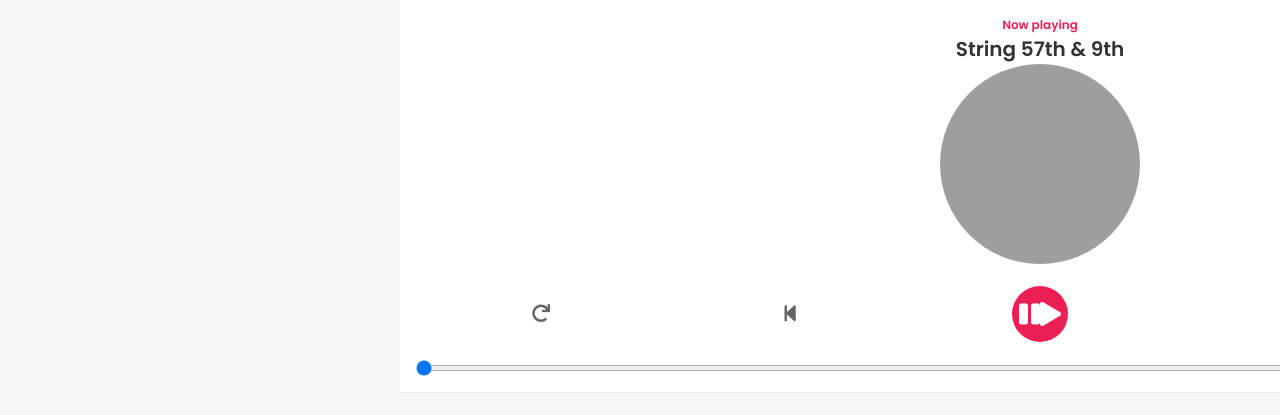
Repository: NBlue/Music_Player
Page: index.html
The author's editor kept a copy of each file at every save. The page is drawn from the files as they stood at one save, then again after the next save.
The browser window is 1280 px wide. The pictures show the whole page.
Pictures or frames that could not be fetched are drawn as grey boxes.

Above is the page before, as saved 2021-10-12 22:07:01.

### index.html
<!DOCTYPE html>
<html lang="en">
    <head>
        <meta charset="UTF-8" />
        <meta http-equiv="X-UA-Compatible" content="IE=edge" />
        <meta name="viewport" content="width=device-width, initial-scale=1.0" />
        <title>Music player</title>
        <link
            rel="stylesheet"
            href="https://cdnjs.cloudflare.com/ajax/libs/font-awesome/5.15.2/css/all.min.css"
            integrity="sha512-HK5fgLBL+xu6dm/Ii3z4xhlSUyZgTT9tuc/hSrtw6uzJOvgRr2a9jyxxT1ely+B+xFAmJKVSTbpM/CuL7qxO8w=="
            crossorigin="anonymous"
        />
        <link rel="preconnect" href="https://fonts.gstatic.com" />
        <link
            href="https://fonts.googleapis.com/css2?family=Poppins:wght@300;400;600&display=swap"
            rel="stylesheet"
        />

        <link rel="stylesheet" href="./assets/css/style.css" />
    </head>
    <body>
        <div class="player">
            <!-- Dashboard - Bảng điều khiển -->
            <div class="dashboard">
                <!-- Header -->
                <header>
                    <h4>Now playing</h4>
                    <h2>String 57th & 9th</h2>
                </header>

                <!-- CD -->
                <div class="cd">
                    <div
                        class="cd-thumb"
                        style="
                            background-image: url(https://i.ytimg.com/vi/jTLhQf5KJSc/maxresdefault.jpg);
                        "
                    ></div>
                </div>

                <!-- Control -->
                <div class="control">
                    <div class="btn btn-repeat">
                        <i class="fas fa-redo"></i>
                    </div>
                    <div class="btn btn-prev">
                        <i class="fas fa-step-backward"></i>
                    </div>
                    <div class="btn btn-toggle-play">
                        <i class="fas fa-pause icon-pause"></i>
                        <i class="fas fa-play icon-play"></i>
                    </div>
                    <div class="btn btn-next">
                        <i class="fas fa-step-forward"></i>
                    </div>
                    <div class="btn btn-random">
                        <i class="fas fa-random"></i>
                    </div>
                </div>

                <input
                    type="range"
                    id="progress"
                    class="progress"
                    value="0"
                    step="1"
                    min="0"
                    max="100"
                />

                <audio src="" id="audio"></audio>
            </div>

            <!-- Playlist -->
            <div class="playlist">
                <div class="song">
                    <div
                        class="thumb"
                        style="
                            background-image: url(https://i.ytimg.com/vi/jTLhQf5KJSc/maxresdefault.jpg);
                        "
                    ></div>
                    <div class="body">
                        <h3 class="title">Music name</h3>
                        <p class="author">Singer</p>
                    </div>
                    <div class="option">
                        <i class="fas fa-ellipsis-h"></i>
                    </div>
                </div>
                <div class="song">
                    <div
                        class="thumb"
                        style="
                            background-image: url(https://i.ytimg.com/vi/jTLhQf5KJSc/maxresdefault.jpg);
                        "
                    ></div>
                    <div class="body">
                        <h3 class="title">Music name</h3>
                        <p class="author">Singer</p>
                    </div>
                    <div class="option">
                        <i class="fas fa-ellipsis-h"></i>
                    </div>
                </div>
                <div class="song">
                    <div
                        class="thumb"
                        style="
                            background-image: url(https://i.ytimg.com/vi/jTLhQf5KJSc/maxresdefault.jpg);
                        "
                    ></div>
                    <div class="body">
                        <h3 class="title">Music name</h3>
                        <p class="author">Singer</p>
                    </div>
                    <div class="option">
                        <i class="fas fa-ellipsis-h"></i>
                    </div>
                </div>
            </div>
        </div>
    </body>
</html>

### assets/css/style.css
:root {
    --primary-color: #ec1f55;
    --text-color: #333;
}

* {
    padding: 0;
    margin: 0;
    box-sizing: inherit;
}

body {
    background-color: #f5f5f5;
}

html {
    box-sizing: border-box;
    font-family: "Poppins", sans-serif;
}

.player {
    position: relative;
    max-width: 480px;
    margin: 0 auto;
}

.player .icon-pause {
    display: inline-block;
}

.player.playing .icon-play {
    display: none;
}

.dashboard {
    padding: 16px 16px 14px;
    background-color: #fff;
    position: fixed;
    top: 0;
    width: 100%;
    min-width: 480px;
    border-bottom: 1px solid #ebebeb;
}

/* HEADER */
header {
    text-align: center;
    border-bottom: 10px;
}

header h4 {
    color: var(--primary-color);
    font-size: 12px;
}

header h2 {
    color: var(--text-color);
    font-size: 20px;
}

/* CD */
.cd {
    display: flex;
    margin: auto;
    width: 200px;
}

.cd-thumb {
    width: 100%; /*Xét chiều rộng cho ảnh*/
    padding-bottom: 100%; /* Phải padding top hoặc botom thì ảnh mới hiện ra*/
    border-radius: 50%;
    background-color: #333;
    background-size: cover;
    margin: auto;
}

/* CONTROL */
.control {
    display: flex;
    justify-content: space-around;
    align-items: center;
    padding: 18px 0 8px 0;
}

.control .btn {
    color: #666;
    padding: 18px;
    font-size: 18px;
}

.control .btn.active {
    color: var(--primary-color);
}

.control .btn-toggle-play {
    width: 56px;
    height: 56px;
    border-radius: 50%;
    font-size: 24px;
    color: #fff;
    display: flex;
    justify-content: center;
    align-items: center;
    background-color: var(--primary-color);
}

.progress {
    width: 100%;
    height: 6px;
}
.playlist {
}
.song {
}
.thumb {
}
.body {
}
.title {
}
.author {
}
.option {
}
.fa-ellipsis-h {
}
.btn.btn-repeat {
}
.fas.fa-redo {
}
.btn.btn-prev {
}
.fas.fa-step-backward {
}
.btn.btn-toggle-play {
}
.fas.fa-pause.icon-pause {
}
.fas.fa-play.icon-play {
}
.btn.btn-next {
}
.fas.fa-step-forward {
}
.btn.btn-random {
}
.fas.fa-random {
}
.fas.fa-ellipsis-h {
}

After the next save:
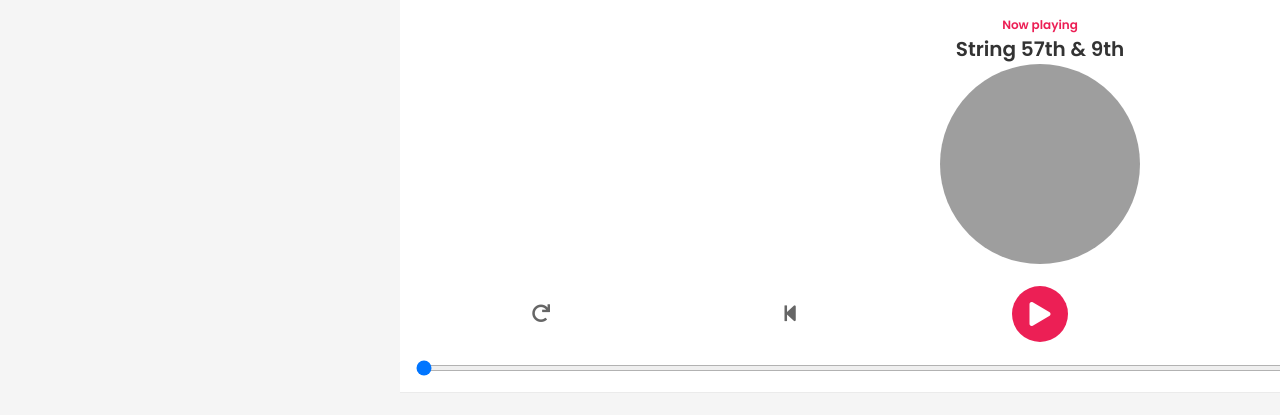
Saved 118 s later.
--- a/assets/css/style.css
+++ b/assets/css/style.css
@@ -24,8 +24,12 @@ html {
     margin: 0 auto;
 }
 
+.player.playing .icon-pause {
+    display: inline-block;
+}
+
 .player .icon-pause {
-    display: inline-block;
+    display: none;
 }
 
 .player.playing .icon-play {
